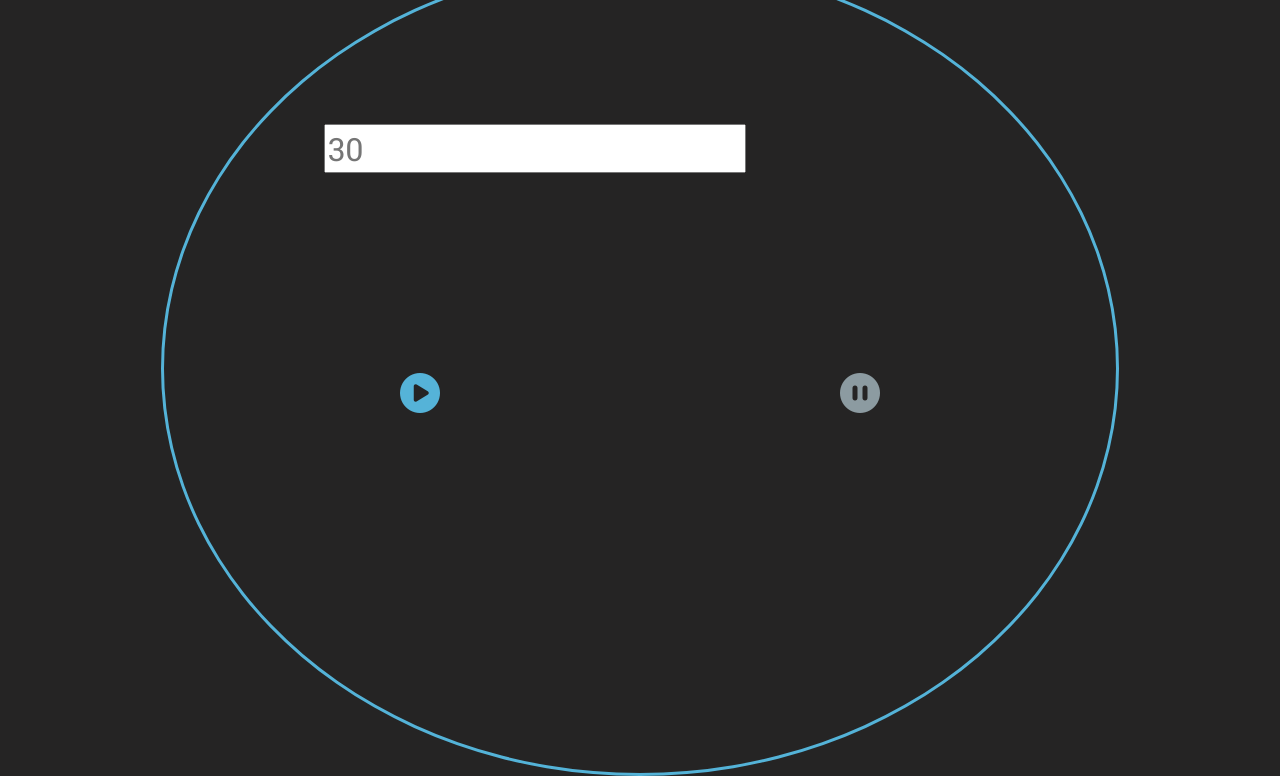
Repository: Sbethm/javascript-challenges
Page: index.html
An editor plug-in stored every save of this project. The page is shown before and after the next save, followed by the edit.
The browser window is 1280 px wide. The pictures show the whole page.
Some web libraries are served in a nearby version. The style sheet was rebuilt from its Sass, Less or Tailwind sources for each picture, by a compiler version that may differ from the author's.

Above is the page before, as saved 2021-09-17 09:35:15.

After the next save:
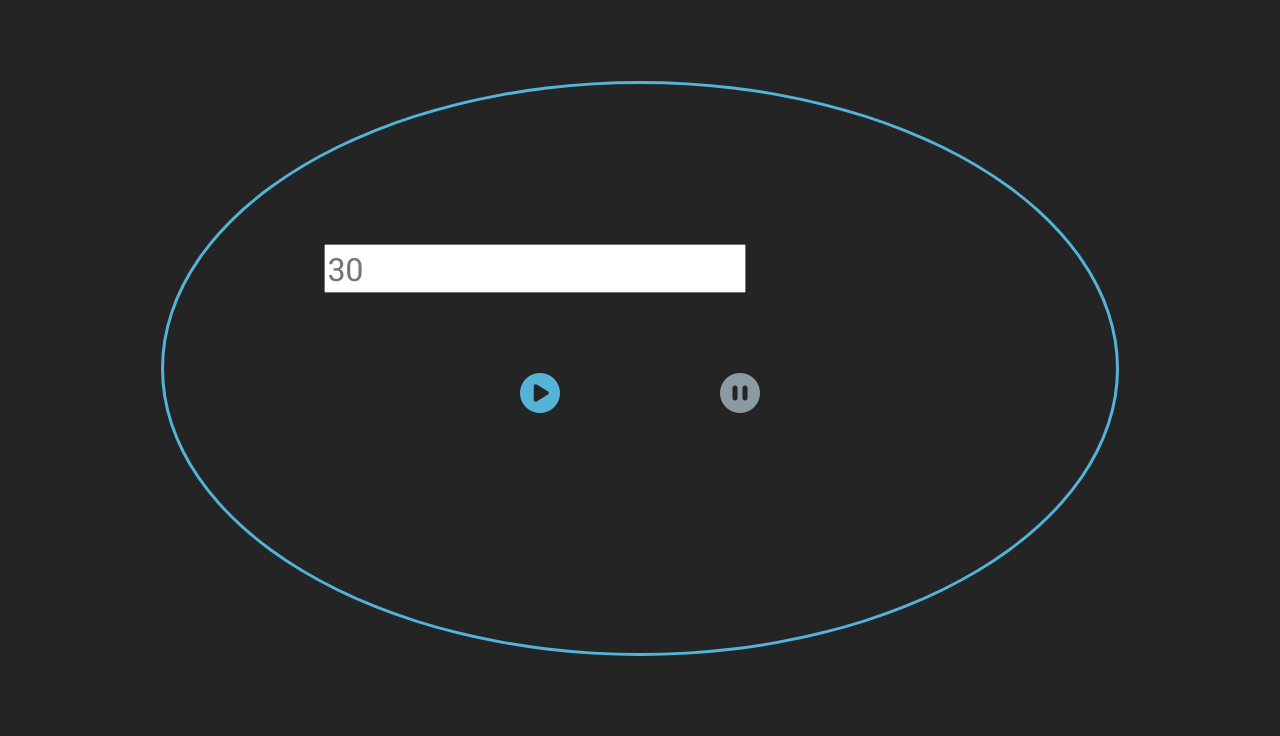
Saved 5 s later.
--- a/SCSS/main.scss
+++ b/SCSS/main.scss
@@ -35,7 +35,7 @@ input {
 }
 
 i {
-    padding: 5em;
+    padding: 2em;
     font-size: clamp(1rem, 75vw, 2.5rem);
 }
 
